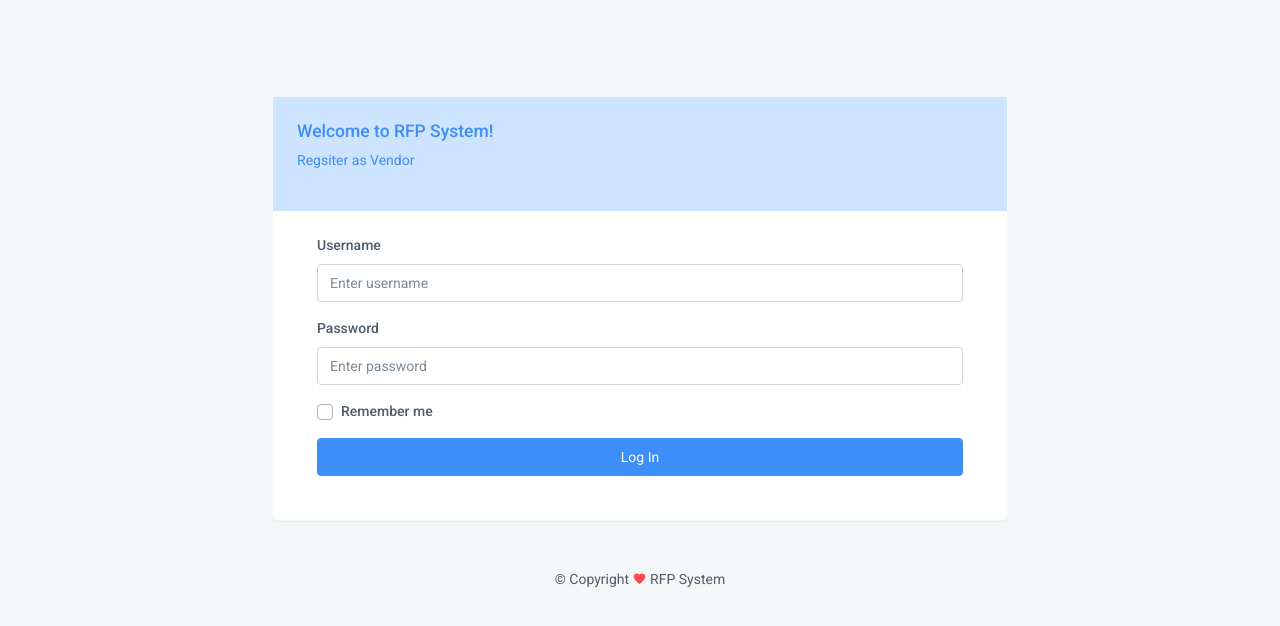
Repository: saurabhgithb/RFP-System
Page: register.html
These files come from the project's save history. The page is drawn as it stood at one moment and after the next save; the edit follows.
The browser window is 1280 px wide. The pictures show the whole page.

Above is the page before, as saved 2023-01-04 14:25:45.

### register.html

<!doctype html>
<html lang="en">

    <head>

        <meta charset="utf-8" />
        <title>Login | RFP System</title>
        <meta name="viewport" content="width=device-width, initial-scale=1.0">
        <meta content="Premium Multipurpose Admin & Dashboard Template" name="description" />
        <meta content="Themesbrand" name="author" />
        <!-- App favicon -->
        <link rel="shortcut icon" href="assets/images/favicon.ico">

        <!-- Bootstrap Css -->
        <link href="assets/css/bootstrap.min.css" id="bootstrap-style" rel="stylesheet" type="text/css" />
        <!-- Icons Css -->
        <link href="assets/css/icons.min.css" rel="stylesheet" type="text/css" />
        <!-- App Css-->
        <link href="assets/css/app.min.css" id="app-style" rel="stylesheet" type="text/css" />

    </head>

    <body>
        <div class="home-btn d-none d-sm-block">
            <a href="index.html" class="text-dark"><i class="fas fa-home h2"></i></a>
        </div>
        <div class="account-pages my-5 pt-sm-5">
            <div class="container">
                <div class="row justify-content-center">
                    <div class="col-md-8 col-lg-6 col-xl-8">
                        <div class="card overflow-hidden">
                            <div class="bg-soft-primary">
                                <div class="row">
                                    <div class="col-12">
                                        <div class="text-primary p-4">
                                            <h5 class="text-primary">Welcome to RFP System!</h5>
                                            <p>Regsiter as Vendor</p>
                                        </div>
                                    </div>
                                </div>
                            </div>
                            <div class="card-body pt-0">
                                <div class="p-4">
                                    <form class="form-horizontal" action="">

                                        <div class="form-group">
                                            <label for="username">Username</label>
                                            <input type="text" class="form-control" id="username" placeholder="Enter username">
                                        </div>

                                        <div class="form-group">
                                            <label for="userpassword">Password</label>
                                            <input type="password" class="form-control" id="userpassword" placeholder="Enter password">
                                        </div>

                                        <div class="custom-control custom-checkbox">
                                            <input type="checkbox" class="custom-control-input" id="customControlInline">
                                            <label class="custom-control-label" for="customControlInline">Remember me</label>
                                        </div>

                                        <div class="mt-3">
                                            <button class="btn btn-primary btn-block waves-effect waves-light" type="submit">Log In</button>
                                        </div>
                                    </form>
                                </div>
                            </div>
                        </div>
                        <div class="mt-5 text-center">
                            <div>
                                <p>&copy; Copyright <i class="mdi mdi-heart text-danger"></i> RFP System</p>
                            </div>
                        </div>
                    </div>
                </div>
            </div>
        </div>
    </body>
</html>

Loaded but not shown: assets/css/bootstrap.min.css (library); assets/css/icons.min.css (library); assets/css/app.min.css (library)

After the next save:
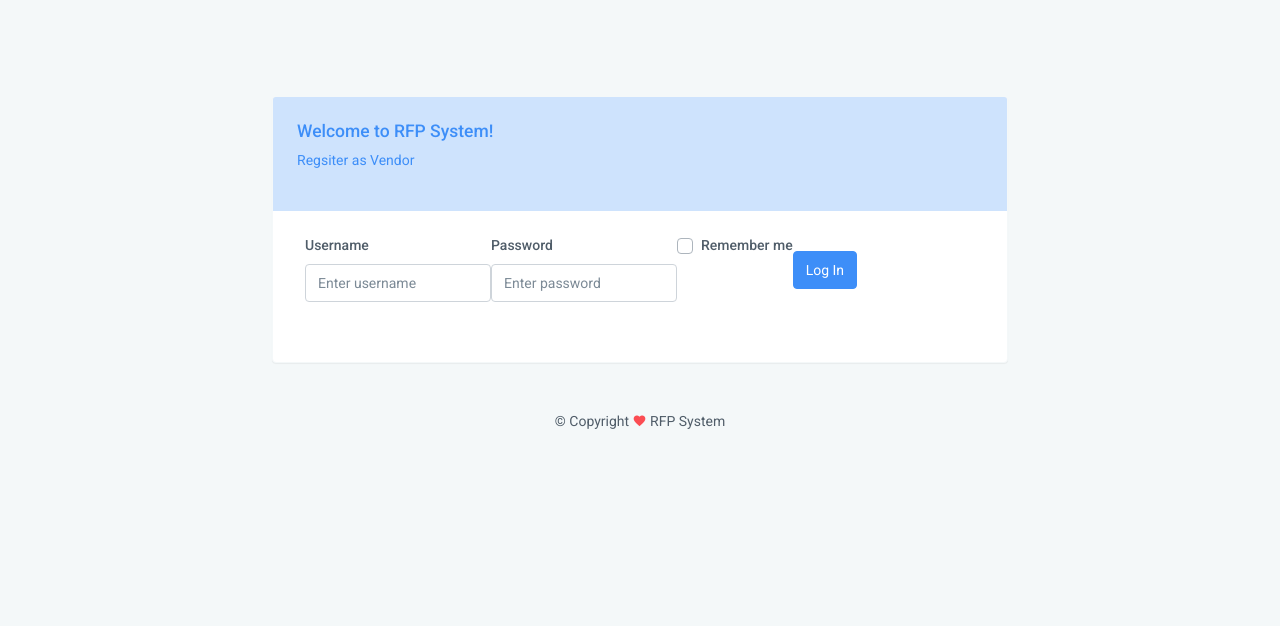
Saved 56 s later.
--- a/register.html
+++ b/register.html
@@ -43,24 +43,25 @@
                             <div class="card-body pt-0">
                                 <div class="p-4">
                                     <form class="form-horizontal" action="">
+                                        <div class="row">
+                                            <div class="form-group">
+                                                <label for="username">Username</label>
+                                                <input type="text" class="form-control" id="username" placeholder="Enter username">
+                                            </div>
 
-                                        <div class="form-group">
-                                            <label for="username">Username</label>
-                                            <input type="text" class="form-control" id="username" placeholder="Enter username">
-                                        </div>
+                                            <div class="form-group">
+                                                <label for="userpassword">Password</label>
+                                                <input type="password" class="form-control" id="userpassword" placeholder="Enter password">
+                                            </div>
 
-                                        <div class="form-group">
-                                            <label for="userpassword">Password</label>
-                                            <input type="password" class="form-control" id="userpassword" placeholder="Enter password">
-                                        </div>
+                                            <div class="custom-control custom-checkbox">
+                                                <input type="checkbox" class="custom-control-input" id="customControlInline">
+                                                <label class="custom-control-label" for="customControlInline">Remember me</label>
+                                            </div>
 
-                                        <div class="custom-control custom-checkbox">
-                                            <input type="checkbox" class="custom-control-input" id="customControlInline">
-                                            <label class="custom-control-label" for="customControlInline">Remember me</label>
-                                        </div>
-
-                                        <div class="mt-3">
-                                            <button class="btn btn-primary btn-block waves-effect waves-light" type="submit">Log In</button>
+                                            <div class="mt-3">
+                                                <button class="btn btn-primary btn-block waves-effect waves-light" type="submit">Log In</button>
+                                            </div>
                                         </div>
                                     </form>
                                 </div>
